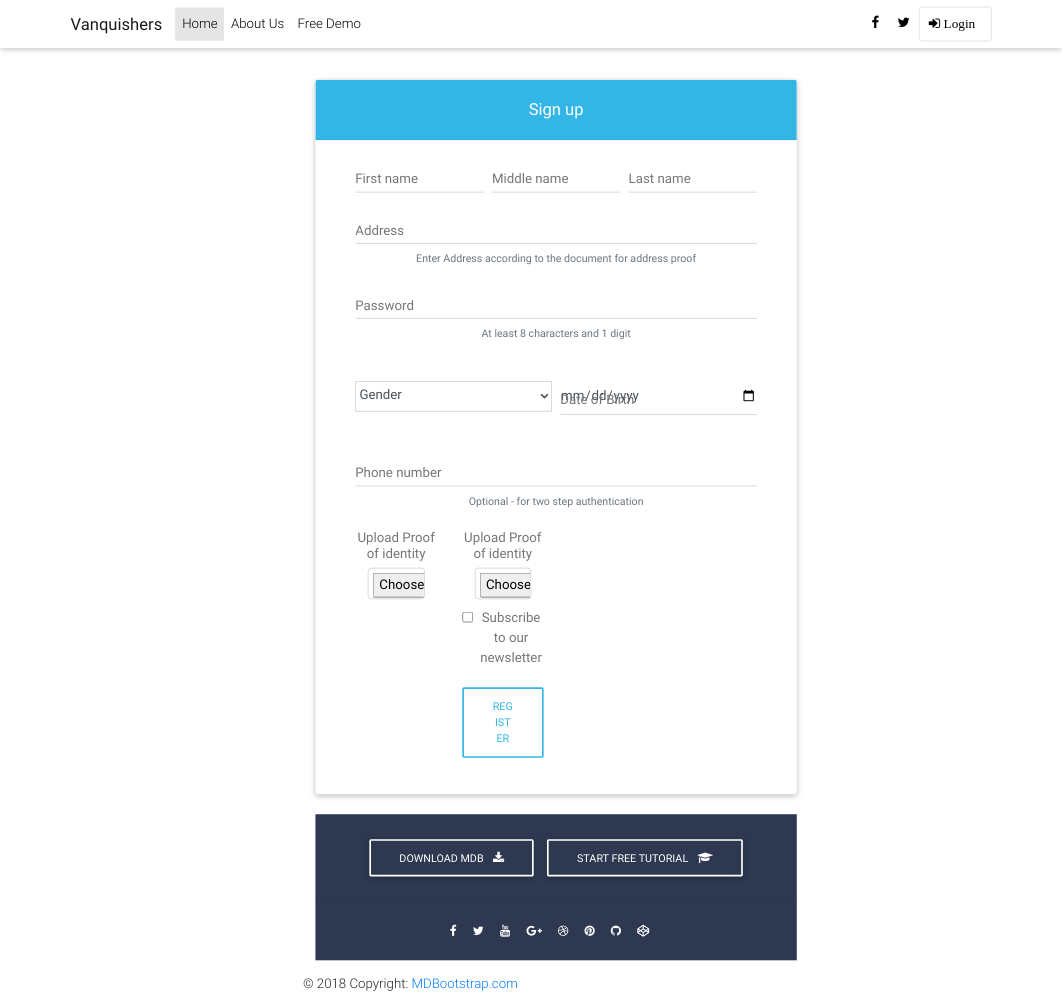
Repository: KJSCEhack/KJSCE_Vanquishers
Page: http://localhost/demo.php
These files come from the project's save history. The page is drawn as it stood at one moment and after the next save; the edit follows.
The browser window is 1280 px wide. The pictures show the whole page, at 83% of full size.
The page is run by PHP 8.4 with error messages shown; the project is at /var/www/html/.

Above is the page before, as saved 2018-10-06 10:26:56.
Console error: TypeError: $(...).material_select is not a function

### demo.php
<?php
$hostname="localhost";
$dbname="kjsce_hackathon";
$Username="root";
$Password="qweasdzxc";

$conn = mysqli_connect($hostname,$Username,$Password,$dbname);

if(!$conn)
{
    die("connection failed:" .mysqli_connect_error());

}
mysqli_close($conn);

?>
<!DOCTYPE html>
<html lang="en">

<head>
    <meta charset="utf-8">
    <meta name="viewport" content="width=device-width, initial-scale=1, shrink-to-fit=no">
    <meta http-equiv="x-ua-compatible" content="ie=edge">
    <title>Material Design Bootstrap</title>
    <!-- Font Awesome -->
    <link rel="stylesheet" href="https://maxcdn.bootstrapcdn.com/font-awesome/4.7.0/css/font-awesome.min.css">
    <!-- Bootstrap core CSS -->
    <link href="css/bootstrap.min.css" rel="stylesheet">
    <!-- Material Design Bootstrap -->
    <link href="css/mdb.min.css" rel="stylesheet">
    <!-- Your custom styles (optional) -->
    <link href="css/style.min.css" rel="stylesheet">
</head>

<body>

    <!--Main Navigation-->
    <header>

        <!-- Navbar -->
        <nav class="navbar fixed-top navbar-expand-lg navbar-light white scrolling-navbar">
            <div class="container">

                <!-- Brand -->
      <a class="navbar-brand" href="https://mdbootstrap.com/material-design-for-bootstrap/" target="_blank">
        <strong>Vanquishers</strong>
      </a>

      <!-- Collapse -->
      <button class="navbar-toggler" type="button" data-toggle="collapse" data-target="#navbarSupportedContent" aria-controls="navbarSupportedContent"
        aria-expanded="false" aria-label="Toggle navigation">
        <span class="navbar-toggler-icon"></span>
      </button>

      <!-- Links -->
      <div class="collapse navbar-collapse" id="navbarSupportedContent">

        <!-- Left -->
        <ul class="navbar-nav mr-auto">
          <li class="nav-item active">
            <a class="nav-link" href="#">Home
              <span class="sr-only">(current)</span>
            </a>
          </li>
          <li class="nav-item">
            <a class="nav-link" href="https://mdbootstrap.com/material-design-for-bootstrap/" target="_blank">About Us</a>
          </li>
          <li class="nav-item">
            <a class="nav-link" href="https://mdbootstrap.com/getting-started/" target="_blank">Free Demo</a>
          </li>
        </ul>

        <!-- Right -->
        <ul class="navbar-nav nav-flex-icons">
          <li class="nav-item">
            <a href="https://www.facebook.com/mdbootstrap" class="nav-link" target="_blank">
              <i class="fa fa-facebook"></i>
            </a>
          </li>
          <li class="nav-item">
            <a href="https://twitter.com/MDBootstrap" class="nav-link" target="_blank">
              <i class="fa fa-twitter"></i>
            </a>
          </li>
          <li class="nav-item">
            <a href="login_page.html" class="nav-link border border-light rounded"
              target="_blank">
              <i class="fa fa-sign-in mr-2">           Login</i>
            </a>
          </li>
        </ul>

      </div>

            </div>
        </nav>
        <!-- Navbar -->

    </header>
    <!--Main Navigation-->

    <!--Main layout-->

    <div class="col-md-6" style="float:left; margin-left:350px;">
    <main class="mt-5 pt-5">
        <div class="container">
            <!-- Material form register -->
            <div class="card">

            <h5 class="card-header info-color white-text text-center py-4">
                <strong>Sign up</strong>
            </h5>

            <!--Card content-->
            <div class="card-body px-lg-5 pt-0">

                <!-- Form -->
                <form class="text-center" style="color: #757575;">

                    <div class="form-row">
                        <div class="col">
                            <!-- First name -->
                            <div class="md-form">
                                <input type="text" id="materialRegisterFormFirstName" class="form-control">
                                <label for="materialRegisterFormFirstName">First name</label>
                            </div>
                        </div>
                        <div class="col">
                            <!-- Last name -->
                            <div class="md-form">
                                <input type="text" id="materialRegisterFormMiddleName" class="form-control">
                                <label for="materialRegisterFormMiddleName">Middle name</label>
                            </div>
                        </div>
                        <div class="col">
                            <!-- Last name -->
                            <div class="md-form">
                                <input type="text" id="materialRegisterFormLastName" class="form-control">
                                <label for="materialRegisterFormLastName">Last name</label>
                            </div>
                        </div>
                    </div>

                    <!-- Address -->
                    <div class="md-form mt-0">
                        <input type="text" id="materialRegisterFormAddress" class="form-control">
                        <label for="materialRegisterFormAddress">Address</label>
                        <small id="materialRegisterFormPasswordHelpBlock" class="form-text text-muted mb-4">
                            Enter Address according to the document for address proof
                        </small>
                    </div>

                    <!-- Password -->
                    <div class="md-form">
                        <input type="password" id="materialRegisterFormPassword" class="form-control" aria-describedby="materialRegisterFormPasswordHelpBlock">
                        <label for="materialRegisterFormPassword">Password</label>
                        <small id="materialRegisterFormPasswordHelpBlock" class="form-text text-muted mb-4">
                            At least 8 characters and 1 digit
                        </small>
                    </div>

                    <div class="form-row">
                        <div class="col">
                            <div class="md-form">
                                <select id="materialRegisterFormGender" class="form-control mdb-select md-form colorful-select dropdown-primary">
                                    <option value="" disabled selected>Gender</option>
                                    <option value="M">Male</option>
                                    <option value="F">Female</option>
                                    <option value="O">Other</option>
                                </select>
                            </div>
                        </div>
                        <div class="col">
                            <div class="md-form">
                                <input type="date" class="form-control" id="materialRegisterFormDOB">
                                <label for="materialRegisterFormDOB">Date of Birth</label>
                            </div>
                        </div>
                    </div>

                    <!-- Phone number -->
                    <div class="md-form">
                        <input type="password" id="materialRegisterFormPhone" class="form-control" aria-describedby="materialRegisterFormPhoneHelpBlock">
                        <label for="materialRegisterFormPhone">Phone number</label>
                        <small id="materialRegisterFormPhoneHelpBlock" class="form-text text-muted mb-4">
                            Optional - for two step authentication
                        </small>
                    </div>


                    <div class="row">
                    <!-- left column -->
                    <div class="col-md-3">
                        <div class="text-center">

                        <h6>Upload Proof of identity</h6>


                        <div class="col-md-12">
                        <input type="file" class="form-control"  name="poi" class="col-md-8" style="float:left; padding:5px;/">
                        <br><br>

                        </div>
                        </div>
                        </div>


                    <div class="col-md-3">
                        <div class="text-center">

                        <h6>Upload Proof of identity</h6>


                        <div class="col-md-12">
                        <input type="file" class="form-control"  name="poi" class="col-md-8" style="float:left; padding:5px;/">
                        <br><br>

                        </div>

                        </div>








                    <!-- Newsletter -->
                    <div class="form-check">
                        <input type="checkbox" class="form-check-input" id="materialRegisterFormNewsletter">
                        <label class="form-check-label" for="materialRegisterFormNewsletter">Subscribe to our newsletter</label>
                    </div>

                    <!-- Sign up button -->
                    <button class="btn btn-outline-info btn-rounded btn-block my-4 waves-effect z-depth-0" type="submit">Register</button>





                </form>
                <!-- Form -->

            </div>

            </div>
            <!-- Material form register -->
        </div>



    </main>

    <!-- SCRIPTS -->
    <!-- JQuery -->
    <script type="text/javascript" src="js/jquery-3.3.1.min.js"></script>
    <!-- Bootstrap tooltips -->
    <script type="text/javascript" src="js/popper.min.js"></script>
    <!-- Bootstrap core JavaScript -->
    <script type="text/javascript" src="js/bootstrap.min.js"></script>
    <!-- MDB core JavaScript -->
    <script type="text/javascript" src="js/mdb.min.js"></script>
    <!-- Initializations -->
    <script type="text/javascript">
        // Animations initialization
        new WOW().init();
        // Material Select Initialization
        $(document).ready(function() {
            $('.mdb-select').material_select();
        });
    </script>



    <!--Footer-->
    <div class="col-md-12" style="width:100%">
    <footer class="page-footer text-center font-small mdb-color darken-2 mt-4 wow fadeIn">

        <!--Call to action-->
        <div class="pt-4">
            <a class="btn btn-outline-white" href="https://mdbootstrap.com/getting-started/" target="_blank" role="button">Download MDB
                <i class="fa fa-download ml-2"></i>
            </a>
            <a class="btn btn-outline-white" href="https://mdbootstrap.com/bootstrap-tutorial/" target="_blank" role="button">Start free tutorial
                <i class="fa fa-graduation-cap ml-2"></i>
            </a>
        </div>
        <!--/.Call to action-->

        <hr class="my-4">

        <!-- Social icons -->
        <div class="pb-4">
            <a href="https://www.facebook.com/mdbootstrap" target="_blank">
                <i class="fa fa-facebook mr-3"></i>
            </a>

            <a href="https://twitter.com/MDBootstrap" target="_blank">
                <i class="fa fa-twitter mr-3"></i>
            </a>

            <a href="https://www.youtube.com/watch?v=7MUISDJ5ZZ4" target="_blank">
                <i class="fa fa-youtube mr-3"></i>
            </a>

            <a href="https://plus.google.com/u/0/b/107863090883699620484" target="_blank">
                <i class="fa fa-google-plus mr-3"></i>
            </a>

            <a href="https://dribbble.com/mdbootstrap" target="_blank">
                <i class="fa fa-dribbble mr-3"></i>
            </a>

            <a href="https://pinterest.com/mdbootstrap" target="_blank">
                <i class="fa fa-pinterest mr-3"></i>
            </a>

            <a href="https://github.com/mdbootstrap/bootstrap-material-design" target="_blank">
                <i class="fa fa-github mr-3"></i>
            </a>

            <a href="http://codepen.io/mdbootstrap/" target="_blank">
                <i class="fa fa-codepen mr-3"></i>
            </a>
        </div>
        <!-- Social icons -->
</div>

        <!--Copyright-->
        <div class="footer-copyright py-3">
            © 2018 Copyright:
            <a href="https://mdbootstrap.com/bootstrap-tutorial/" target="_blank"> MDBootstrap.com </a>
        </div>
        <!--/.Copyright-->
    </div>

    </footer>
    <!--/.Footer-->

</body>

</html>

Loaded but not shown: css/bootstrap.min.css (library); css/mdb.min.css (library); css/style.min.css (common file); js/jquery-3.3.1.min.js (library); js/popper.min.js (library); js/bootstrap.min.js (library); js/mdb.min.js (library)

After the next save:
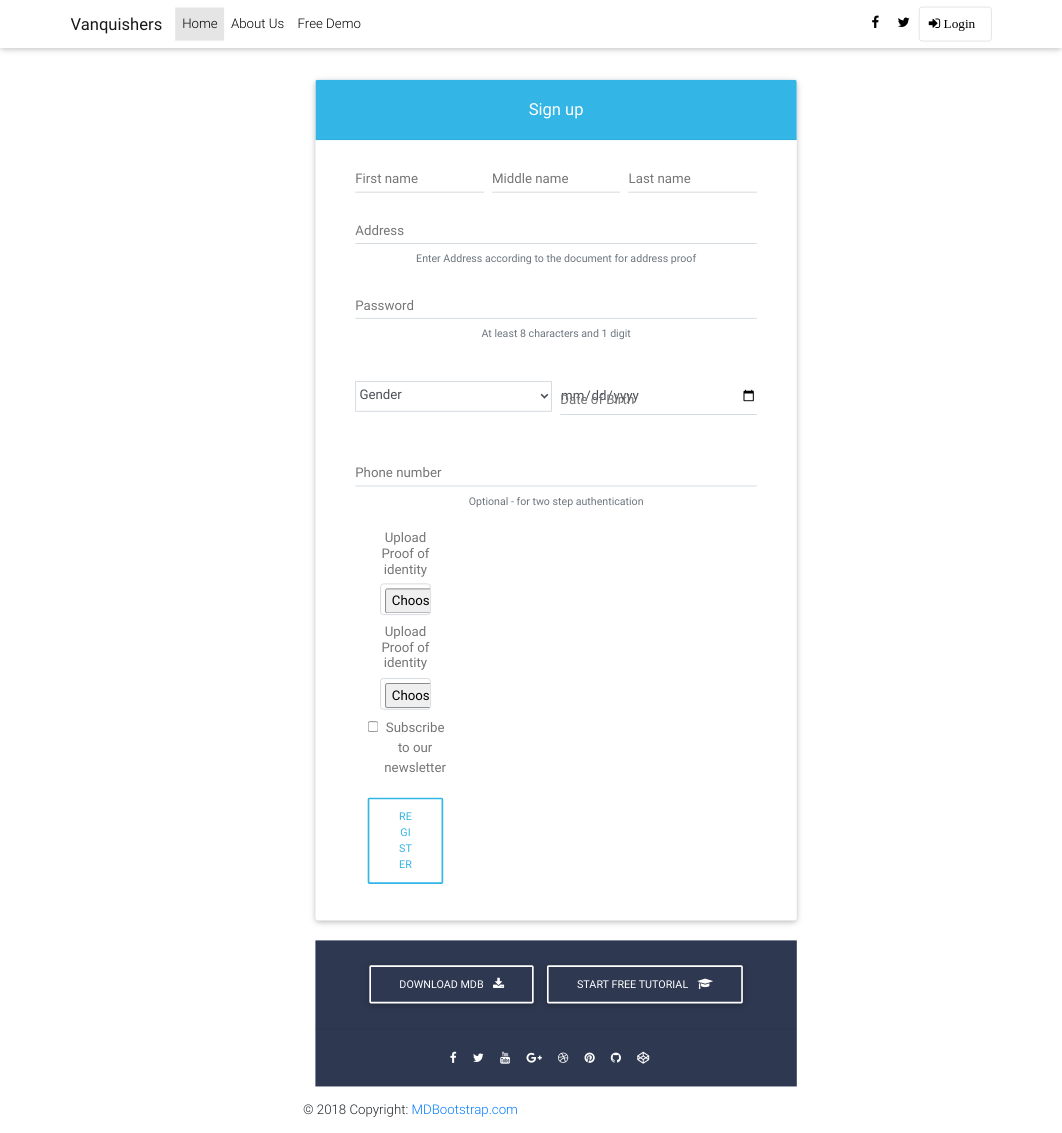
Saved 9 s later.
--- a/demo.php
+++ b/demo.php
@@ -188,7 +188,7 @@
                     </div>
 
 
-                    <div class="row">
+
                     <!-- left column -->
                     <div class="col-md-3">
                         <div class="text-center">

After the save that followed:
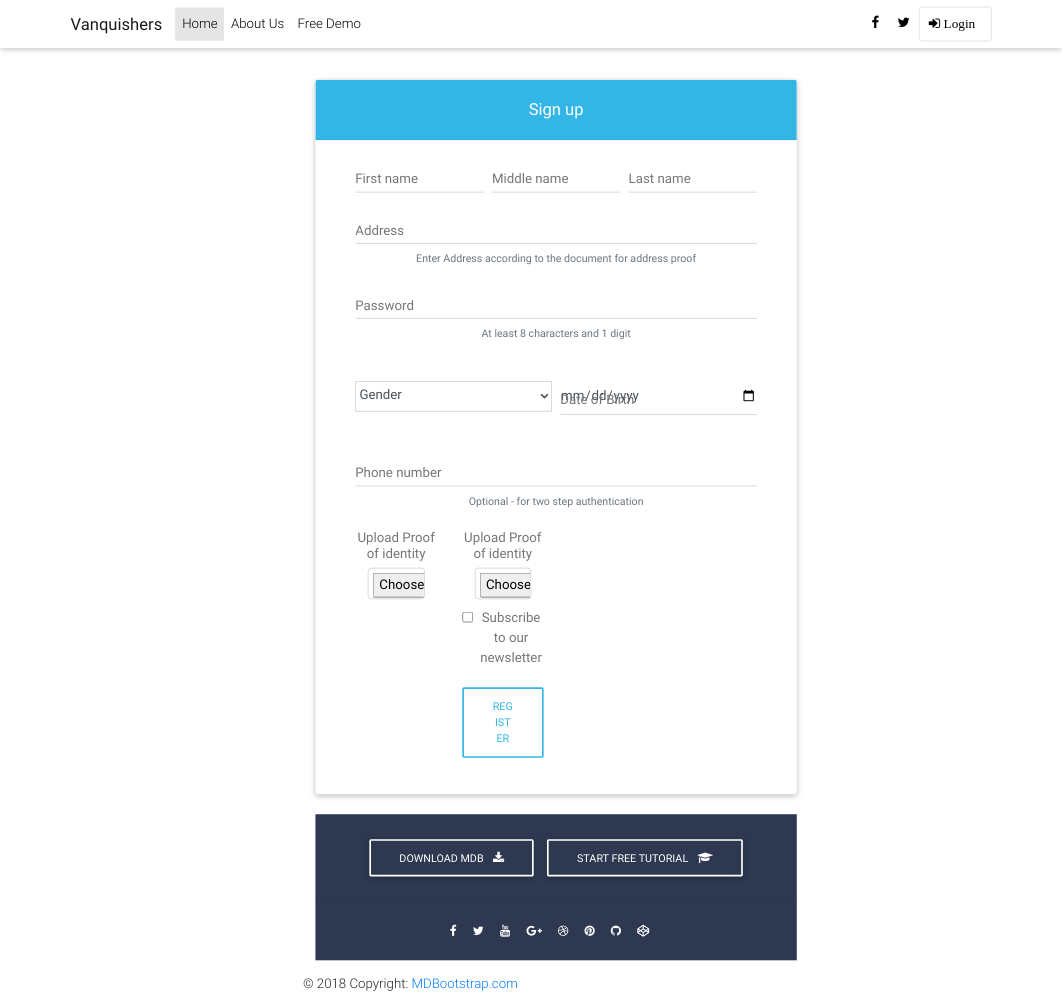
Saved 5 s later.
--- a/demo.php
+++ b/demo.php
@@ -188,7 +188,7 @@
                     </div>
 
 
-
+                    <div class="row">
                     <!-- left column -->
                     <div class="col-md-3">
                         <div class="text-center">
